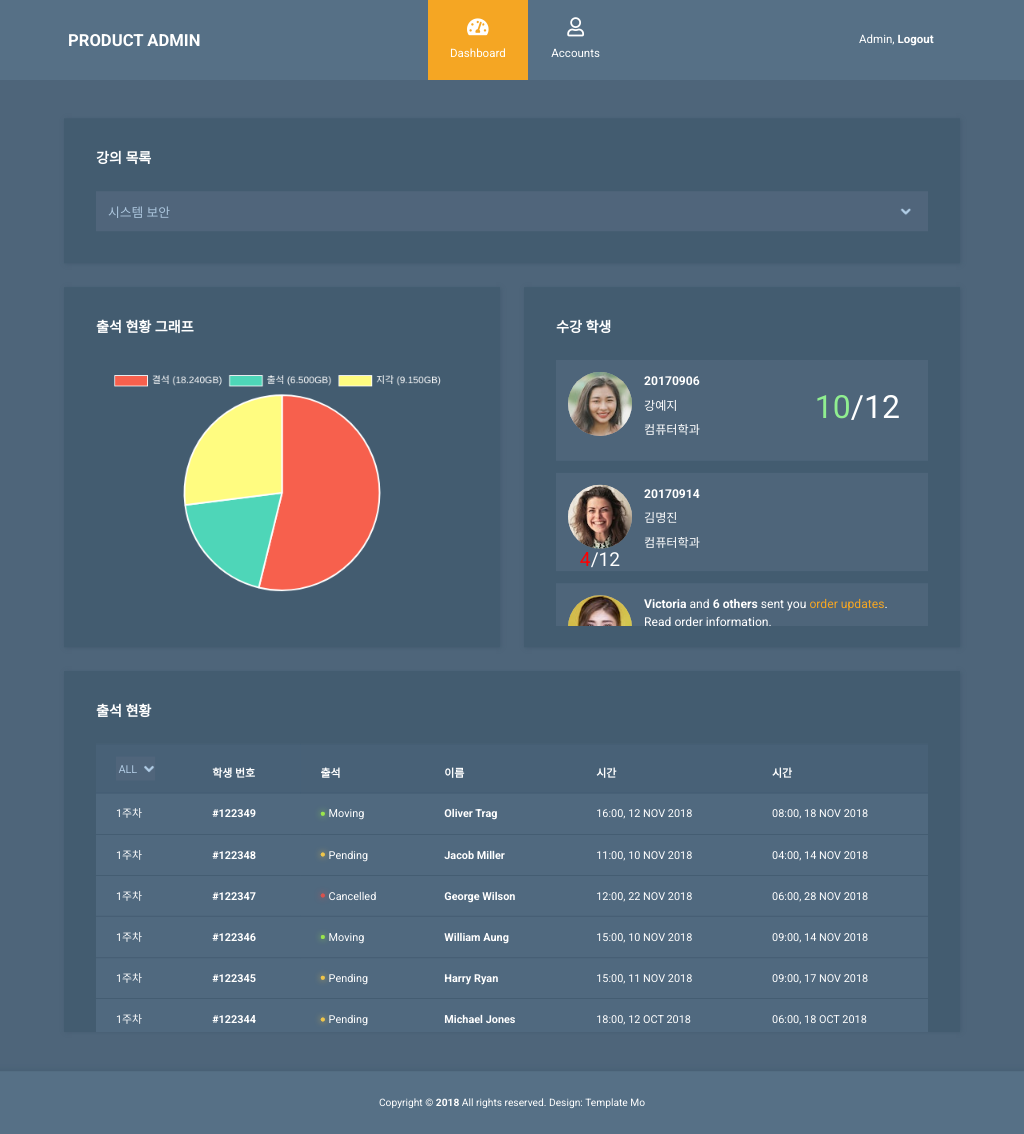
Repository: YJ-S2/2019-FaceAPI
Page: test1-master/web/123/WebContent/web1.html
These files come from the project's save history. The page is drawn as it stood at one moment and after the next save; the edit follows.
The browser window is 1280 px wide. The pictures show the whole page, at 80% of full size.
An inner scrolling area shows only its first screen.

Above is the page before, as saved 2019-08-11 15:05:35.

### test1-master/web/123/WebContent/web1.html
<!DOCTYPE html>
<html lang="en">

<head>
    <meta charset="UTF-8">
    <meta name="viewport" content="width=device-width, initial-scale=1.0">
    <meta http-equiv="X-UA-Compatible" content="ie=edge">
    <title>Product Admin - Dashboard HTML Template</title>
    <link rel="icon" type="image/png" href="img/logo1.png"/>

    <link rel="stylesheet" href="https://fonts.googleapis.com/css?family=Roboto:400,700">
    <!-- https://fonts.google.com/specimen/Roboto -->
    <link rel="stylesheet" href="css/fontawesome.min.css">
    <!-- https://fontawesome.com/ -->
    <link rel="stylesheet" href="css/bootstrap.min.css">
    <!-- https://getbootstrap.com/ -->
    <link rel="stylesheet" href="css/templatemo-style.css">
    <!--
	Product Admin CSS Template
	https://templatemo.com/tm-524-product-admin
	-->
	<style>
	.custom-select30 {
	  width: 70%;
	  border: none;
	  color: #acc6de;
	  height: 30px;
	  -webkit-appearance: none;
	  -moz-appearance: none;
	  -ms-appearance: none;
	  -o-appearance: none;
	  appearance: none;
	  -webkit-border-radius: 0;
	  -moz-border-radius: 0;
	  -ms-border-radius: 0;
	  -o-border-radius: 0;
	  border-radius: 0;
	  padding: 3px;
	  background: url(../img/arrow-down.png) 98% no-repeat #50657b;
	}
	.left-mj{
		 margin: 0 0 0 auto;
	}
	.c_red{
		color:red;
	}
	.c_green{
		color:lightgreen;
	}
	.logo {
  width: 25%;
  height: 100%;
  display: -webkit-box;
  display: -webkit-flex;
  display: -moz-box;
  display: -ms-flexbox;
  display: flex;
  justify-content: flex-start;
  align-items: center;
}

.logo img {
  max-width: 100%;
  max-height: 50%;
}
.logo{display: none;}
	.percen{
		align:center;
		padding:20px;
	}
	</style>
</head>

<body id="reportsPage">
    <div class="" id="home">
        <nav class="navbar navbar-expand-xl">
            <div class="container h-100">
                <a class="navbar-brand" href="index.html">
                	<h1 class="tm-site-title mb-0">Product Admin</h1>
                	<!-- <img src="img/logo_2.png" alt="" class="">-->
                </a>
                <button class="navbar-toggler ml-auto mr-0" type="button" data-toggle="collapse" data-target="#navbarSupportedContent"
                    aria-controls="navbarSupportedContent" aria-expanded="false" aria-label="Toggle navigation">
                    <i class="fas fa-bars tm-nav-icon"></i>
                </button>

                <div class="collapse navbar-collapse" id="navbarSupportedContent">
                    <ul class="navbar-nav mx-auto h-100">
                        <li class="nav-item">
                            <a class="nav-link active" href="#">
                                <i class="fas fa-tachometer-alt"></i>
                                Dashboard
                                <span class="sr-only">(current)</span>
                            </a>
                        </li>

                        <li class="nav-item">
                            <a class="nav-link" href="http://localhost:9089/123/accounts.html">
                                <i class="far fa-user"></i>
                                Accounts
                            </a>
                        </li>
                    </ul>
                    <ul class="navbar-nav">
                        <li class="nav-item">
                            <a class="nav-link d-block" href="login.html">
                                Admin, <b>Logout</b>
                            </a>
                        </li>
                    </ul>
                </div>
            </div>

        </nav>
        <div class="container mt-5">
            <div class="row tm-content-row">
		          <div class="col-12 tm-block-col">
		            <div class="tm-bg-primary-dark tm-block tm-block-h-auto">
		              <h2 class="tm-block-title">강의 목록</h2>
		              <select class="custom-select">
		                <option value="0">시스템 보안</option>
		                <option value="1">모바일 소프트웨어</option>
		                <option value="2">시스템 프로그래밍</option>
		                <option value="3">데이터베이스 개론</option>
		                <option value="4">컴퓨터 구조</option>
		              </select>
		            </div>
		          </div>
		        </div>
            <!-- row -->
            <div class="row tm-content-row">



                <div class="col-sm-12 col-md-12 col-lg-6 col-xl-6 tm-block-col">
                    <div class="tm-bg-primary-dark tm-block tm-block-taller">
                        <h2 class="tm-block-title">출석 현황 그래프</h2>
                        <div id="pieChartContainer">
                            <canvas id="pieChart" class="chartjs-render-monitor" width="200" height="200"></canvas>
                        </div>
                    </div>
                </div>
                <div class="col-sm-12 col-md-12 col-lg-6 col-xl-6 tm-block-col">
                    <div class="tm-bg-primary-dark tm-block tm-block-taller tm-block-overflow">
                        <h2 class="tm-block-title">수강 학생</h2>
                        <div class="tm-notification-items">
                            <div class="media tm-notification-item">
                                <div class="tm-gray-circle">
                                	<img src="img/notification-01.jpg" alt="Avatar Image" class="rounded-circle">
                                </div>

	                            <div class="media-body">
	                                <p class="mb-2"><b>20170906</b></p>
	                                <p class="mb-2">강예지</p>
	                                <p class="mb-2">컴퓨터학과</p>
	                            </div>
	                            <div class="percen">
	                            	<h1><span class="c_green">10</span>/12</h1>
	                            </div>
                            </div>
                            <div class="media tm-notification-item">
                                <div class="tm-gray-circle"><img src="img/notification-02.jpg" alt="Avatar Image" class="rounded-circle">
                                <div align="center"><h4><span class="c_red">4</span>/12</h4></div></div>
                                <div class="media-body">
                                    <p class="mb-2"><b>20170914</b></p>
	                                    <p class="mb-2">김명진</p>
	                                    <p class="mb-2">컴퓨터학과</p>
                                </div>
                            </div>
                            <div class="media tm-notification-item">
                                <div class="tm-gray-circle"><img src="img/notification-03.jpg" alt="Avatar Image" class="rounded-circle"></div>
                                <div class="media-body">
                                    <p class="mb-2"><b>Victoria</b> and <b>6 others</b> sent you <a href="#"
                                            class="tm-notification-link">order updates</a>. Read order information.</p>
                                    <span class="tm-small tm-text-color-secondary">6h ago.</span>
                                </div>
                            </div>
                            <div class="media tm-notification-item">
                                <div class="tm-gray-circle"><img src="img/notification-01.jpg" alt="Avatar Image" class="rounded-circle"></div>
                                <div class="media-body">
                                    <p class="mb-2"><b>Laura Cute</b> and <b>6 others</b> sent you <a href="#"
                                            class="tm-notification-link">product records</a>.</p>
                                    <span class="tm-small tm-text-color-secondary">6h ago.</span>
                                </div>
                            </div>
                            <div class="media tm-notification-item">
                                <div class="tm-gray-circle"><img src="img/notification-02.jpg" alt="Avatar Image" class="rounded-circle"></div>
                                <div class="media-body">
                                    <p class="mb-2"><b>Samantha</b> and <b>6 others</b> sent you <a href="#"
                                            class="tm-notification-link">order stuffs</a>.</p>
                                    <span class="tm-small tm-text-color-secondary">6h ago.</span>
                                </div>
                            </div>
                            <div class="media tm-notification-item">
                                <div class="tm-gray-circle"><img src="img/notification-03.jpg" alt="Avatar Image" class="rounded-circle"></div>
                                <div class="media-body">
                                    <p class="mb-2"><b>Sophie</b> and <b>6 others</b> sent you <a href="#"
                                            class="tm-notification-link">product updates</a>.</p>
                                    <span class="tm-small tm-text-color-secondary">6h ago.</span>
                                </div>
                            </div>
                            <div class="media tm-notification-item">
                                <div class="tm-gray-circle"><img src="img/notification-01.jpg" alt="Avatar Image" class="rounded-circle"></div>
                                <div class="media-body">
                                    <p class="mb-2"><b>Lily A</b> and <b>6 others</b> sent you <a href="#"
                                            class="tm-notification-link">product updates</a>.</p>
                                    <span class="tm-small tm-text-color-secondary">6h ago.</span>
                                </div>
                            </div>
                            <div class="media tm-notification-item">
                                <div class="tm-gray-circle"><img src="img/notification-02.jpg" alt="Avatar Image" class="rounded-circle"></div>
                                <div class="media-body">
                                    <p class="mb-2"><b>Amara</b> and <b>6 others</b> sent you <a href="#"
                                            class="tm-notification-link">product updates</a>.</p>
                                    <span class="tm-small tm-text-color-secondary">6h ago.</span>
                                </div>
                            </div>
                            <div class="media tm-notification-item">
                                <div class="tm-gray-circle"><img src="img/notification-03.jpg" alt="Avatar Image" class="rounded-circle"></div>
                                <div class="media-body">
                                    <p class="mb-2"><b>Cinthela</b> and <b>6 others</b> sent you <a href="#"
                                            class="tm-notification-link">product updates</a>.</p>
                                    <span class="tm-small tm-text-color-secondary">6h ago.</span>
                                </div>
                            </div>
                        </div>
                    </div>
                </div>
                <div class="col-12 tm-block-col">
                    <div class="tm-bg-primary-dark tm-block tm-block-taller tm-block-scroll">
                    	<h2 class="tm-block-title">출석 현황</h2>



                        <table class="table">
                            <thead>
                                <tr>
                                	<th scope="col">
	                                	<select class="custom-select30">
	                                		<option value="0">ALL</option>
							                <option value="1">1 주차</option>
							                <option value="2">2 주차</option>
							                <option value="3">3 주차</option>
							                <option value="4">4 주차</option>
							           	</select>
							        </th>
                                    <th scope="col">학생 번호</th>
                                    <th scope="col">출석</th>
                                    <th scope="col">이름</th>
                                    <th scope="col">시간</th>
                                    <th scope="col">시간</th>
                                </tr>
                            </thead>
                            <tbody>
                                <tr>
                                	<td>1주차</td>
                                    <th scope="row"><b>#122349</b></th>
                                    <td>
                                        <div class="tm-status-circle moving">
                                        </div>Moving
                                    </td>
                                    <td><b>Oliver Trag</b></td>
                                    <td>16:00, 12 NOV 2018</td>
                                    <td>08:00, 18 NOV 2018</td>
                                </tr>
                                <tr>
                                	<td>1주차</td>
                                    <th scope="row"><b>#122348</b></th>
                                    <td>
                                        <div class="tm-status-circle pending">
                                        </div>Pending
                                    </td>
                                    <td><b>Jacob Miller</b></td>
                                    <td>11:00, 10 NOV 2018</td>
                                    <td>04:00, 14 NOV 2018</td>
                                </tr>
                                <tr>
                                	<td>1주차</td>
                                    <th scope="row"><b>#122347</b></th>
                                    <td>
                                        <div class="tm-status-circle cancelled">
                                        </div>Cancelled
                                    </td>
                                    <td><b>George Wilson</b></td>
                                    <td>12:00, 22 NOV 2018</td>
                                    <td>06:00, 28 NOV 2018</td>
                                </tr>
                                <tr>
                                	<td>1주차</td>
                                    <th scope="row"><b>#122346</b></th>
                                    <td>
                                        <div class="tm-status-circle moving">
                                        </div>Moving
                                    </td>
                                    <td><b>William Aung</b></td>
                                    <td>15:00, 10 NOV 2018</td>
                                    <td>09:00, 14 NOV 2018</td>
                                </tr>
                                <tr>
                                	<td>1주차</td>
                                    <th scope="row"><b>#122345</b></th>
                                    <td>
                                        <div class="tm-status-circle pending">
                                        </div>Pending
                                    </td>
                                    <td><b>Harry Ryan</b></td>
                                    <td>15:00, 11 NOV 2018</td>
                                    <td>09:00, 17 NOV 2018</td>
                                </tr>
                                <tr>
                                	<td>1주차</td>
                                    <th scope="row"><b>#122344</b></th>
                                    <td>
                                        <div class="tm-status-circle pending">
                                        </div>Pending
                                    </td>
                                    <td><b>Michael Jones</b></td>
                                    <td>18:00, 12 OCT 2018</td>
                                    <td>06:00, 18 OCT 2018</td>
                                </tr>
                                <tr>
                                	<td>1주차</td>
                                    <th scope="row"><b>#122343</b></th>
                                    <td>
                                        <div class="tm-status-circle moving">
                                        </div>Moving
                                    </td>
                                    <td><b>Timmy Davis</b></td>
                                    <td>12:00, 10 OCT 2018</td>
                                    <td>08:00, 18 OCT 2018</td>
                                </tr>
                                <tr>
                                	<td>1주차</td>
                                    <th scope="row"><b>#122342</b></th>
                                    <td>
                                        <div class="tm-status-circle moving">
                                        </div>Moving
                                    </td>
                                    <td><b>Oscar Phyo</b></td>
                                    <td>15:30, 06 OCT 2018</td>
                                    <td>09:30, 16 OCT 2018</td>
                                </tr>
                                <tr>
                                	<td>1주차</td>
                                    <th scope="row"><b>#122341</b></th>
                                    <td>
                                        <div class="tm-status-circle moving">
                                        </div>Moving
                                    </td>
                                    <td><b>Charlie Brown</b></td>
                                    <td>11:00, 10 OCT 2018</td>
                                    <td>03:00, 14 OCT 2018</td>
                                </tr>
                                <tr>
                                	<td>1주차</td>
                                    <th scope="row"><b>#122340</b></th>
                                    <td>
                                        <div class="tm-status-circle cancelled">
                                        </div>Cancelled
                                    </td>
                                    <td><b>Wilson Cookies</b></td>
                                    <td>17:30, 12 OCT 2018</td>
                                    <td>08:30, 22 OCT 2018</td>
                                </tr>
                                <tr>
                                	<td>1주차</td>
                                    <th scope="row"><b>#122339</b></th>
                                    <td>
                                        <div class="tm-status-circle moving">
                                        </div>Moving
                                    </td>
                                    <td><b>Richard Clamon</b></td>
                                    <td>15:00, 12 OCT 2018</td>
                                    <td>09:20, 26 OCT 2018</td>
                                </tr>
                            </tbody>
                        </table>
                    </div>
                </div>
            </div>
        </div>
        <footer class="tm-footer row tm-mt-small">
            <div class="col-12 font-weight-light">
                <p class="text-center text-white mb-0 px-4 small">
                    Copyright &copy; <b>2018</b> All rights reserved.

                    Design: <a rel="nofollow noopener" href="https://templatemo.com" class="tm-footer-link">Template Mo</a>
                </p>
            </div>
        </footer>
    </div>

    <script src="js/jquery-3.3.1.min.js"></script>
    <!-- https://jquery.com/download/ -->
    <script src="js/moment.min.js"></script>
    <!-- https://momentjs.com/ -->
    <script src="js/Chart.min.js"></script>
    <!-- http://www.chartjs.org/docs/latest/ -->
    <script src="js/bootstrap.min.js"></script>
    <!-- https://getbootstrap.com/ -->
    <script src="js/tooplate-scripts.js"></script>
    <script>
        Chart.defaults.global.defaultFontColor = 'white';
        let ctxPie,
            optionsPie,
            configPie,
			pieChart;
        // DOM is ready
        $(function () {
            drawPieChart(); // Pie Chart
        })
    </script>
</body>

</html>

Loaded but not shown: test1-master/web/123/WebContent/css/fontawesome.min.css (library); test1-master/web/123/WebContent/css/bootstrap.min.css (library); test1-master/web/123/WebContent/js/jquery-3.3.1.min.js (library); test1-master/web/123/WebContent/js/moment.min.js (library); test1-master/web/123/WebContent/js/Chart.min.js (library); test1-master/web/123/WebContent/js/bootstrap.min.js (library); test1-master/web/123/WebContent/js/tooplate-scripts.js (192 lines, source omitted); test1-master/web/123/WebContent/css/templatemo-style.css (709 lines, source omitted)

After the next save:
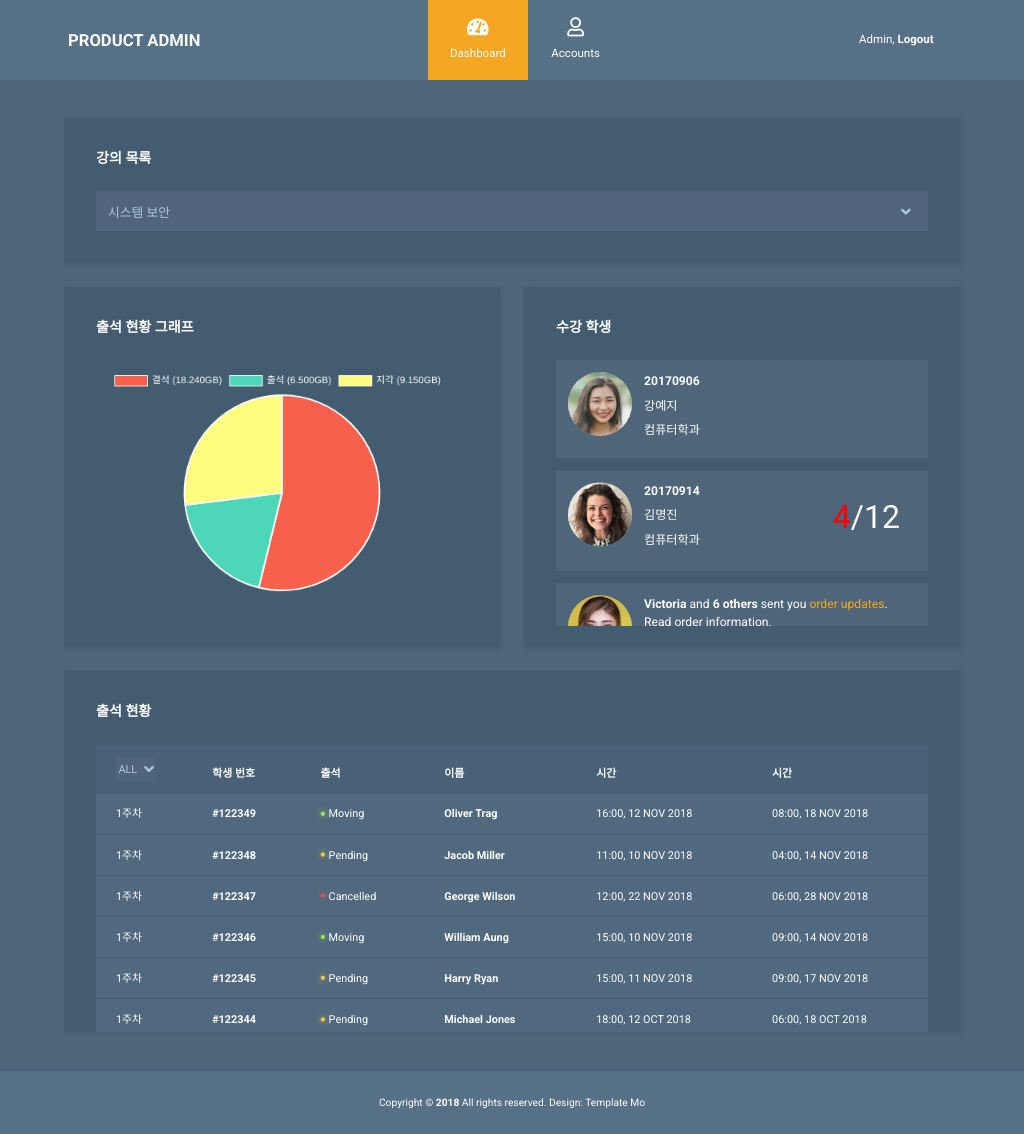
Saved 82 s later.
--- a/test1-master/web/123/WebContent/web1.html
+++ b/test1-master/web/123/WebContent/web1.html
@@ -154,18 +154,19 @@
 	                                <p class="mb-2">강예지</p>
 	                                <p class="mb-2">컴퓨터학과</p>
 	                            </div>
-	                            <div class="percen">
-	                            	<h1><span class="c_green">10</span>/12</h1>
-	                            </div>
+
                             </div>
                             <div class="media tm-notification-item">
                                 <div class="tm-gray-circle"><img src="img/notification-02.jpg" alt="Avatar Image" class="rounded-circle">
-                                <div align="center"><h4><span class="c_red">4</span>/12</h4></div></div>
+                                </div>
                                 <div class="media-body">
                                     <p class="mb-2"><b>20170914</b></p>
 	                                    <p class="mb-2">김명진</p>
 	                                    <p class="mb-2">컴퓨터학과</p>
                                 </div>
+                                <div class="percen">
+	                            	<h1><span class="c_red">4</span>/12</h1>
+	                            </div>
                             </div>
                             <div class="media tm-notification-item">
                                 <div class="tm-gray-circle"><img src="img/notification-03.jpg" alt="Avatar Image" class="rounded-circle"></div>
